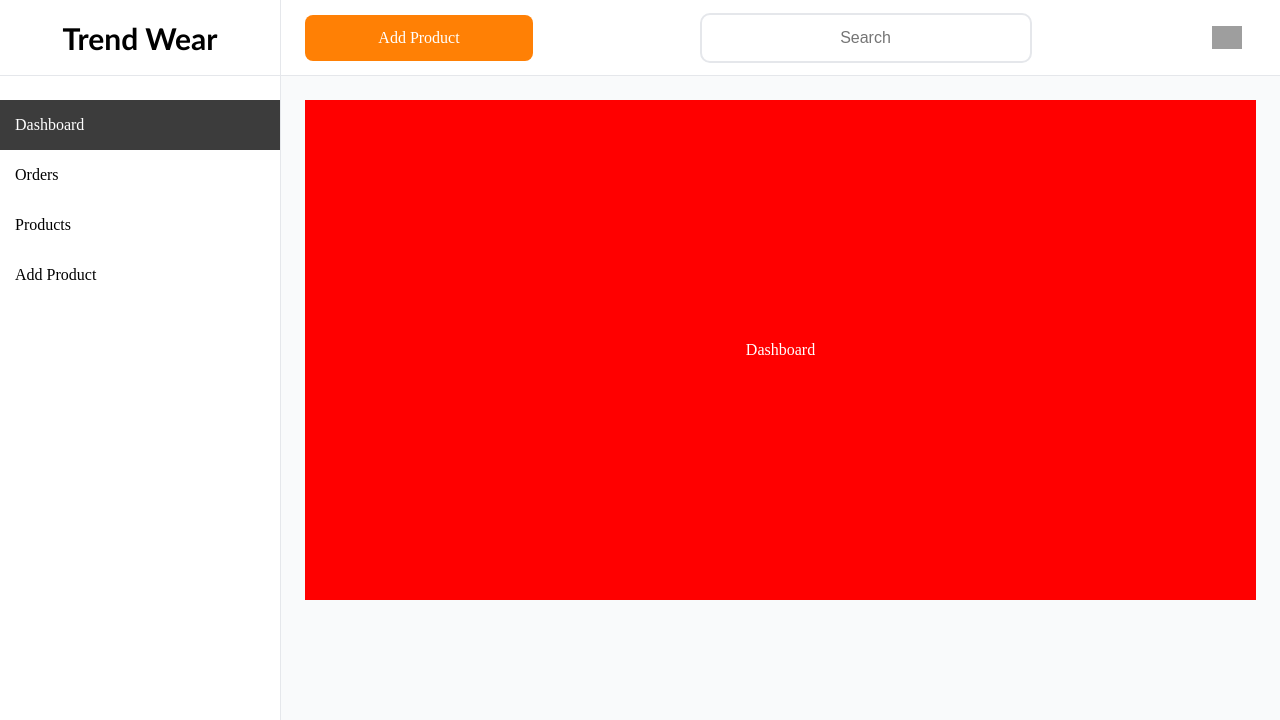
Repository: ahmad-dev7/TrendWear
Page: / (app in trend_wear_dashboard/)
These files come from the project's save history. The page is drawn as it stood at one moment and after the next save; the edit follows.
The browser window is 1280 px wide. The pictures show the whole page.
Pictures or frames that could not be fetched are drawn as grey boxes. The project was rebuilt for these pictures with package versions that can differ from the ones it lists, and the page was loaded fresh each time. Also part of the build but not shown: trend_wear_dashboard/vite.config.ts.

Above is the page before, as saved 2025-01-19 20:23:09.

After the next save:
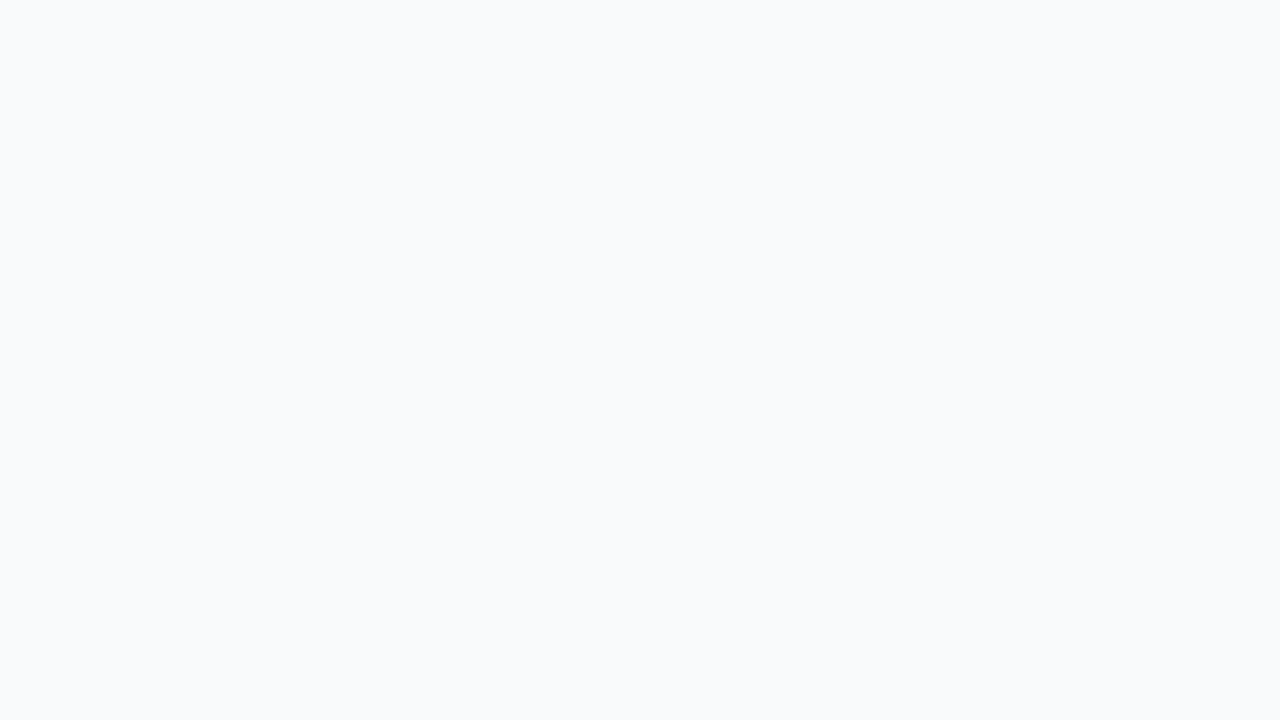
Console error: ReferenceError: currentTab is not defined
Saved 3 min 54 s later.
--- a/trend_wear_dashboard/src/App.tsx
+++ b/trend_wear_dashboard/src/App.tsx
@@ -1,9 +1,11 @@
+import { useState } from "react";
 import Dashboard from "./Body/Dashboard";
 import Navbar from "./Navbar/Navbar";
 import Sidebar from "./Sidebar/Sidebar";
 
 function App() {
-  var currentTab = "Dashboard";
+  const [body, setBody] = useState("Dashboard");
+
   return (
     <div id="parent">
       <Sidebar onSelectTab={(value) => (currentTab = value)} />

After the save that followed:
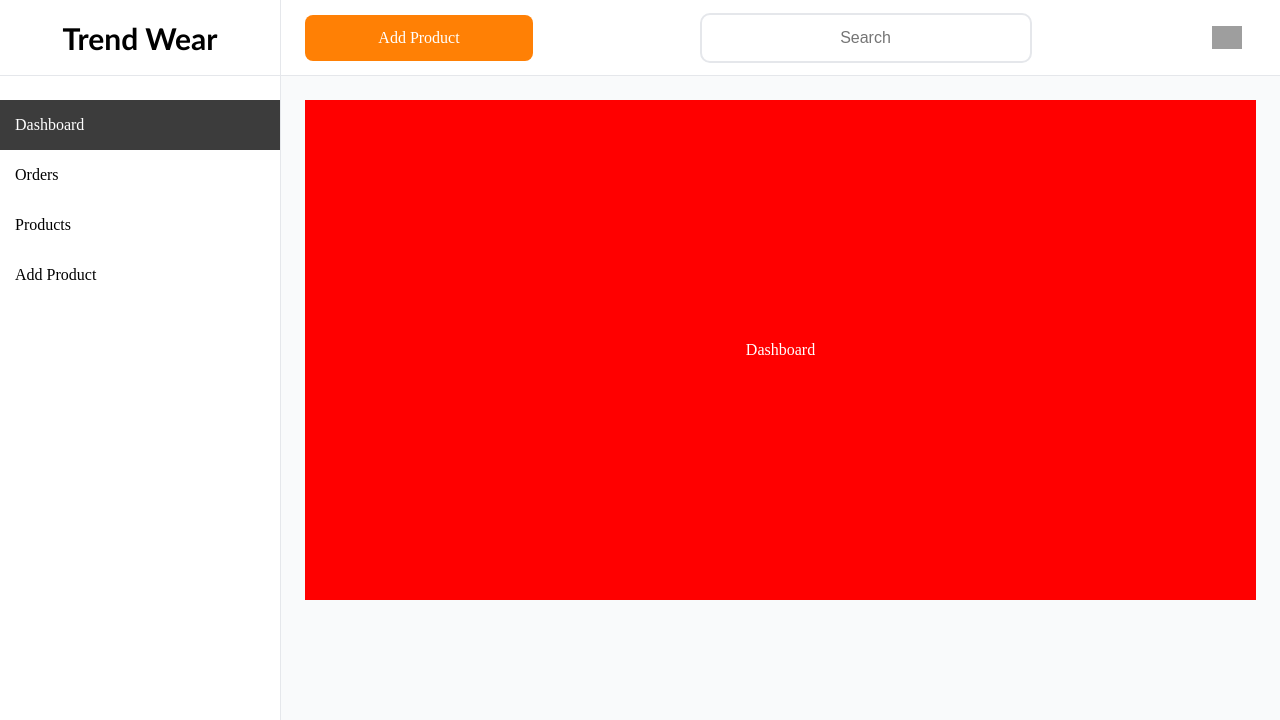
The error is gone.
Saved 16 s later.
--- a/trend_wear_dashboard/src/App.tsx
+++ b/trend_wear_dashboard/src/App.tsx
@@ -8,10 +8,10 @@ function App() {
 
   return (
     <div id="parent">
-      <Sidebar onSelectTab={(value) => (currentTab = value)} />
+      <Sidebar onSelectTab={setBody} />
       <div style={{ flex: 1 }}>
         <Navbar />
-        <Dashboard title={currentTab} />
+        <Dashboard title={body} />
       </div>
     </div>
   );
